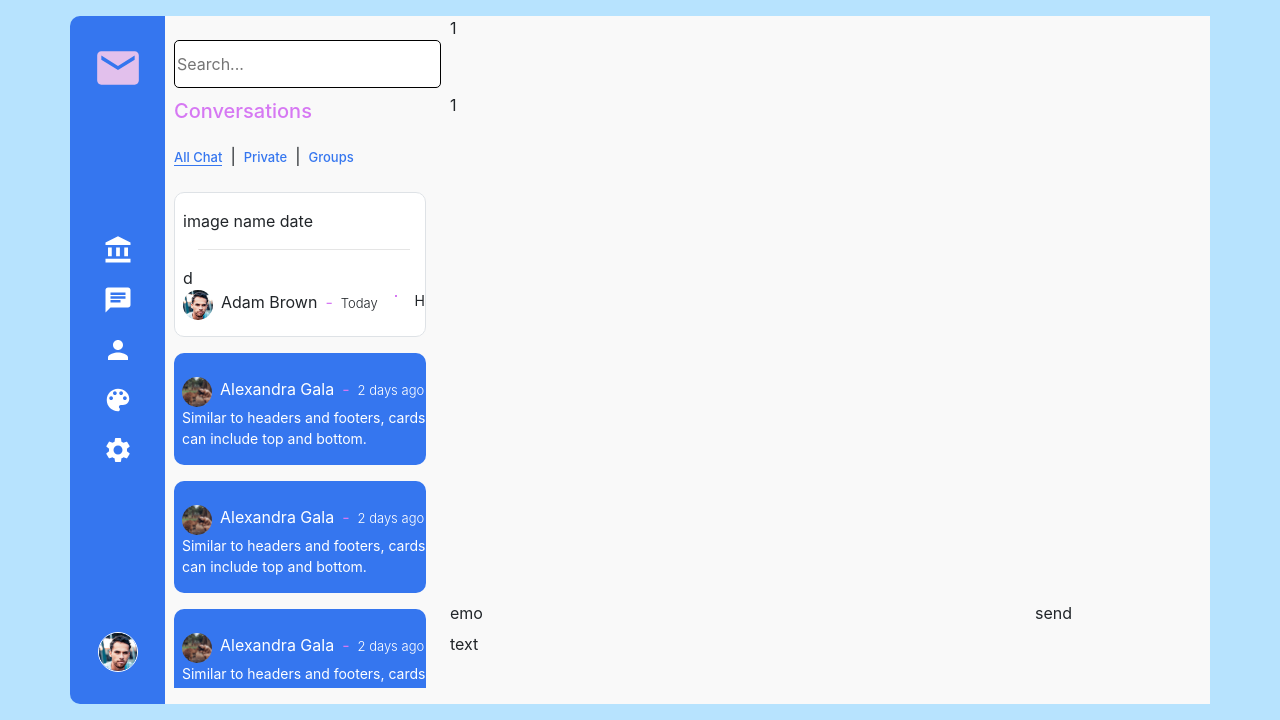
Repository: arafat877/super-chat
Page: /
An editor plug-in stored every save of this project. The page is shown before and after the next save, followed by the edit.
The browser window is 1280 px wide. The pictures show the whole page.
The project was rebuilt for these pictures with package versions that can differ from the ones it lists, and the page was loaded fresh each time.

Above is the page before, as saved 2020-08-07 01:14:22.

### public/index.html
<!DOCTYPE html>
<html lang="en">
  <head>
    <meta charset="utf-8" />
    <meta name="viewport" content="width=device-width, initial-scale=1" />
    <meta name="theme-color" content="#000000" />
    <meta
      name="description"
      content="Chat application with node.js, express, react.js, mongoDb and socket.io"
    />
    <link rel="stylesheet" href="styles.css" />
    <link
      rel="stylesheet"
      href="https://maxcdn.bootstrapcdn.com/bootstrap/4.5.0/css/bootstrap.min.css"
      integrity="sha384-9aIt2nRpC12Uk9gS9baDl411NQApFmC26EwAOH8WgZl5MYYxFfc+NcPb1dKGj7Sk"
      crossorigin="anonymous"
    />
    <link
      href="https://fonts.googleapis.com/css2?family=Roboto:wght@100;300;400;500;700;900&display=swap"
      rel="stylesheet"
    />

    <title>Super Chat</title>
  </head>
  <body>
    <noscript>You need to enable JavaScript to run this app.</noscript>
    <div id="root"></div>
  </body>
</html>

### src/App.js
import React from "react";
import "./App.scss";
import {
  Email,
  Chat,
  Person,
  Settings,
  Palette,
  AccountBalance,
} from "@material-ui/icons";

import { Avatar } from '@material-ui/core';
import { AvatarGroup } from "@material-ui/lab";

function App() {
  return (
    <div className="appContainer vh-100 d-flex">
      <div className="container mt-3 mb-3 appWrapper">
        <div className="row h-100">
          <div className="col-1 d-none d-sm-none d-md-block container h-100 firstCol">
            <div className="row logoRow justify-content-center">
              <Email className="m-auto logo" />
            </div>
            <div className="row menuRow">
              <ul className="menuList m-auto p-0">
                <li className="menuItem">
                  <AccountBalance className="menuItemIcon" />
                </li>
                <li className="menuItem">
                  <Chat className="menuItemIcon" />
                </li>
                <li className="menuItem">
                  <Person className="menuItemIcon" />
                </li>
                <li className="menuItem">
                  <Palette className="menuItemIcon" />
                </li>
                <li className="menuItem">
                  <Settings className="menuItemIcon" />
                </li>
              </ul>
            </div>
            <div className="row photoRow justify-content-center">
              <img
                className="m-auto profilePhoto"
                src={require("./assets/m1.jpeg")}
                alt="profile"
              />
            </div>
          </div>
          <div className="col-3 container h-100 secondCol p-4">
            <div className="row searchRow">
              <input className="searchInput" placeholder="Search..." />
            </div>
            <div className="row convRow mt-2">
              <span className="convSpan">Conversations</span>
            </div>
            <div className="row selectRow">
              <ul className="selectionList p-0">
                <li
                  className="selectionListItem d-inline mr-2"
                  style={{ borderBottom: "solid 0.05px #3576ef" }}
                >
                  All Chat
                </li>
                |
                <li className="selectionListItem d-inline mr-2 ml-2">
                  Private
                </li>
                |
                <li className="selectionListItem d-inline mr-2 ml-2">Groups</li>
              </ul>
            </div>
            <div className="row groupsRow">
              <div className="container">
                <div className="row convCard pt-3 pb-3 pl-2 mt-3">
                  <div className="container">
                    <div className="row">image name date</div>
                    <hr></hr>
                    <div className="row">d</div>
                  </div>

                  <img
                    className="userProfilePicture"
                    src={require("./assets/m1.jpeg")}
                    alt="User Profile"
                  />
                  <span className="userName ml-2">Adam Brown</span>
                  <span className="dash ml-2">-</span>
                  <span className="chatDate ml-2 mt-1">Today</span>
                  <hr className="hr"></hr>
                  <span className="text">H</span>
                </div>

                <div className="row convCardHot pt-4 pb-3 pl-2 mt-3">
                  <img
                    className="userProfilePicture"
                    src={require("./assets/f1.jpeg")}
                    alt="User Profile"
                  />
                  <span className="userName ml-2">Alexandra Gala</span>
                  <span className="dash ml-2">-</span>
                  <span className="chatDate ml-2 mt-1">2 days ago</span>
                  <hr className="hr"></hr>
                  <span className="text">
                    Similar to headers and footers, cards can include top and
                    bottom.
                  </span>
                </div>

                <div className="row convCardHot pt-4 pb-3 pl-2 mt-3">
                  <img
                    className="userProfilePicture"
                    src={require("./assets/f1.jpeg")}
                    alt="User Profile"
                  />
                  <span className="userName ml-2">Alexandra Gala</span>
                  <span className="dash ml-2">-</span>
                  <span className="chatDate ml-2 mt-1">2 days ago</span>
                  <hr className="hr"></hr>
                  <span className="text">
                    Similar to headers and footers, cards can include top and
                    bottom.
                  </span>
                </div>

                <div className="row convCardHot pt-4 pb-3 pl-2 mt-3">
                  <img
                    className="userProfilePicture"
                    src={require("./assets/f1.jpeg")}
                    alt="User Profile"
                  />
                  <span className="userName ml-2">Alexandra Gala</span>
                  <span className="dash ml-2">-</span>
                  <span className="chatDate ml-2 mt-1">2 days ago</span>
                  <hr className="hr"></hr>
                  <span className="text">
                    Similar to headers and footers, cards can include top and
                    bottom.
                  </span>
                </div>

                <div className="row convCardGroup pt-3 pb-3 pl-2 mt-3">
                  <img
                    className="userProfilePicture"
                    src={require("./assets/g1.jpeg")}
                    alt="User Profile"
                  />
                  <span className="userName ml-2">3 Idiots</span>
                  <span className="dash ml-2">-</span>
                  <span className="chatDate ml-2 mt-1">2 days ago</span>
                  <hr className="hr"></hr>
                  <span className="text">
                    You can use the border property to style a hr element.
                  </span>
                  <hr></hr>
                  <AvatarGroup max={3} className="mr-4">
                    <Avatar
                      alt="Remy Sharp"
                      className="avatar"
                      src={require("./assets/m1.jpeg")}
                    />
                    <Avatar
                      alt="Travis Howard"
                      className="avatar"
                      src={require("./assets/f1.jpeg")}
                    />
                    <Avatar
                      alt="Cindy Baker"
                      className="avatar"
                      src={require("./assets/g1.jpeg")}
                    />
                  </AvatarGroup>
                </div>
              </div>
            </div>
          </div>
          <div className="col-8 container h-100 thirdCol">
            <div className="row chatInfo">1</div>
            <div className="row chatMessages">1</div>
            <div className="row chatInput">
              <div className="col-md-9 container">
                <div className="row inputEmoji">emo</div>
                <div className="row inputText">text</div>
              </div>
              <div className="col-md-3">send</div>
            </div>
          </div>
        </div>
      </div>
    </div>
  );
}

export default App;

### src/App.scss
.appContainer {
  background-color: #b7e3fe;

  .appWrapper {
    background-color: #3576ef;
    border-radius: 10px;

    .firstCol {
      .logoRow {
        height: 15%;

        .logo {
          font-size: 50px;
          color: rgb(226, 192, 236);
        }
      }
      .menuRow {
        height: 70%;

        .menuList {
          list-style: none;

          .menuItem {
            margin-bottom: 20px;

            .menuItemIcon {
              font-size: 30px;
              color: white;
            }
          }
        }
      }
      .photoRow {
        height: 15%;

        .profilePhoto {
          height: 40px;
          width: 40px;
          border: solid thin white;
          border-radius: 50%;
          object-fit: cover;
        }
      }
    }

    .secondCol {
      background-color: #f9f9f9;

      .searchRow {
        height: 7.5%;

        .searchInput {
          width: 100%;
          border: solid 0.5px;
          background-color: white;
          border-radius: 5px;

          &:focus {
            outline: none;
          }
        }
      }

      .convRow {
        height: 7.5%;

        .convSpan {
          font-weight: 500;
          font-size: 20px;
          color: rgb(214, 120, 243);
        }
      }
      .selectRow {
        height: 5%;

        .selectionList {
          list-style: none;

          .selectionListItem {
            font-weight: 500;
            font-size: 13px;
            color: #3576ef;
          }
        }
      }

      ::-webkit-scrollbar {
        width: 5px;
        height: 5px;
      }

      ::-webkit-scrollbar-track {
        background: white; /* color of the tracking area */
      }

      ::-webkit-scrollbar-thumb {
        background-color: #b5caf0; /* color of the scroll thumb */
        border-radius: 5px; /* roundness of the scroll thumb */
      }

      .groupsRow {
        height: 80%;
        overflow-y: scroll;

        .convCard {
          background-color: white;
          border: solid 0.5px #dee2e6;
          border-radius: 10px;
          margin-right: 0;

          .userProfilePicture {
            height: 30px;
            width: 30px;
            border-radius: 50%;
            object-fit: cover;
          }

          .userName {
            // color: white;
          }

          .dash {
            color: rgb(214, 120, 243);
          }

          .chatDate {
            // color: white;
            font-size: 13px;
            font-weight: 300;
          }

          .hr {
            white-space: pre-line;
            border: solid 1px;
            border-color: rgb(214, 120, 243);
            margin-top: 5px;
            margin-bottom: 5px;
          }

          .text {
            // color: white;
            font-size: 14px;
          }
        }

        .convCardHot {
          background-color: #3576ef;
          border-radius: 10px;
          margin-right: 0;

          .userProfilePicture {
            height: 30px;
            width: 30px;
            border-radius: 50%;
            object-fit: cover;
          }

          .userName {
            color: white;
          }

          .dash {
            color: rgb(214, 120, 243);
          }

          .chatDate {
            color: white;
            font-size: 13px;
            font-weight: 300;
          }

          .hr {
            border-color: rgb(214, 120, 243);
            margin-bottom: 5px;
          }

          .text {
            color: white;
            font-size: 14px;
          }
        }

        .convCardGroup {
          background-color: rgb(214, 120, 243);
          border-radius: 10px;
          margin-right: 0;

          .userProfilePicture {
            height: 30px;
            width: 30px;
            border-radius: 50%;
            object-fit: cover;
          }

          .userName {
            color: white;
          }

          .dash {
            color: white;
          }

          .chatDate {
            color: white;
            font-size: 13px;
            font-weight: 300;
          }

          .hr {
            border-color: rgb(214, 120, 243);
            margin-bottom: 5px;
          }

          .text {
            color: white;
            font-size: 14px;
          }

          .avatar {
            height: 30px;
            width: 30px;
          }
        }
      }
    }

    .thirdCol {
      background-color: #f9f9f9;

      .chatInfo {
        height: 11.25%;
      }
      .chatMessages {
        height: 73.75%;
      }
      .chatInput {
        height: 15%;

        .inputEmoji {
          height: 30%;
        }
        .inputText {
          height: 70%;
        }
      }
    }
  }
}

Loaded but not shown: src/index.js (common file); public/styles.css (common file)

After the next save:
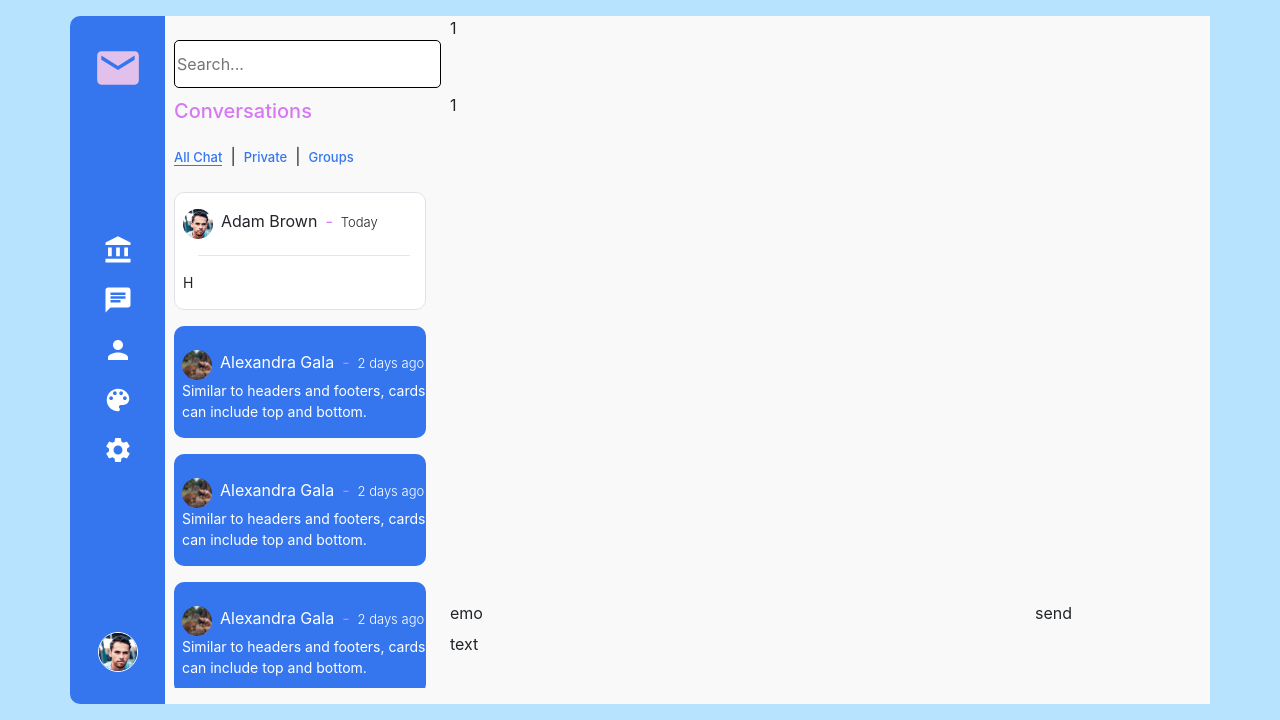
Saved 55 s later.
--- a/src/App.js
+++ b/src/App.js
@@ -9,7 +9,7 @@ import {
   AccountBalance,
 } from "@material-ui/icons";
 
-import { Avatar } from '@material-ui/core';
+import { Avatar } from "@material-ui/core";
 import { AvatarGroup } from "@material-ui/lab";
 
 function App() {
@@ -75,21 +75,21 @@ function App() {
               <div className="container">
                 <div className="row convCard pt-3 pb-3 pl-2 mt-3">
                   <div className="container">
-                    <div className="row">image name date</div>
+                    <div className="row">
+                      <img
+                        className="userProfilePicture"
+                        src={require("./assets/m1.jpeg")}
+                        alt="User Profile"
+                      />
+                      <span className="userName ml-2">Adam Brown</span>
+                      <span className="dash ml-2">-</span>
+                      <span className="chatDate ml-2 mt-1">Today</span>
+                    </div>
                     <hr></hr>
-                    <div className="row">d</div>
+                    <div className="row">
+                      <span className="text">H</span>
+                    </div>
                   </div>
-
-                  <img
-                    className="userProfilePicture"
-                    src={require("./assets/m1.jpeg")}
-                    alt="User Profile"
-                  />
-                  <span className="userName ml-2">Adam Brown</span>
-                  <span className="dash ml-2">-</span>
-                  <span className="chatDate ml-2 mt-1">Today</span>
-                  <hr className="hr"></hr>
-                  <span className="text">H</span>
                 </div>
 
                 <div className="row convCardHot pt-4 pb-3 pl-2 mt-3">
